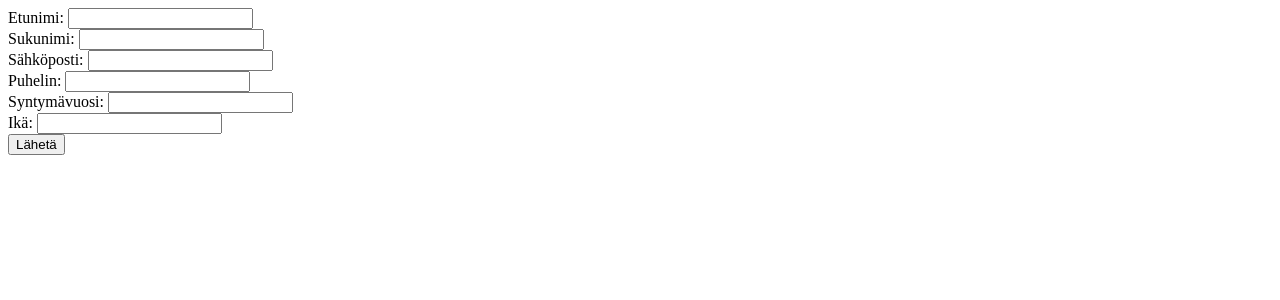
Repository: Zonkku/Valmistautuminen
Page: http://localhost/Kommunikaatio/Kysy.jsp
The author's editor kept a copy of each file at every save. The page is drawn from the files as they stood at one save, then again after the next save.
The browser window is 1280 px wide. The pictures show the whole page.
The page is served by Tomcat 9.

Above is the page before, as saved 2020-04-19 08:44:53.

### Kommunikaatio/WebContent/Kysy.jsp
<%@ page language="java" contentType="text/html; charset=ISO-8859-1"
    pageEncoding="ISO-8859-1"%>
<!DOCTYPE html>
<html>
<head>
<meta charset="ISO-8859-1">

<title>Kysytään henkilötiedot</title>
</head>
<body>


<form action="nayta.jsp" method="POST">
	Etunimi: <input type="text" name="etunimi"><br>
	Sukunimi: <input type="text" name="sukunimi"><br>
	Sähköposti: <input type="text" name="sposti"><br>
	Puhelin: <input type="text" name="puhelin"><br>
	Syntymävuosi: <input type="text" name="sVuosiStr"><br>
	Ikä: <input type="text" name="ika"><br>
	<input type="submit" value="Lähetä">
</form>


</body>
</html>

After the next save:
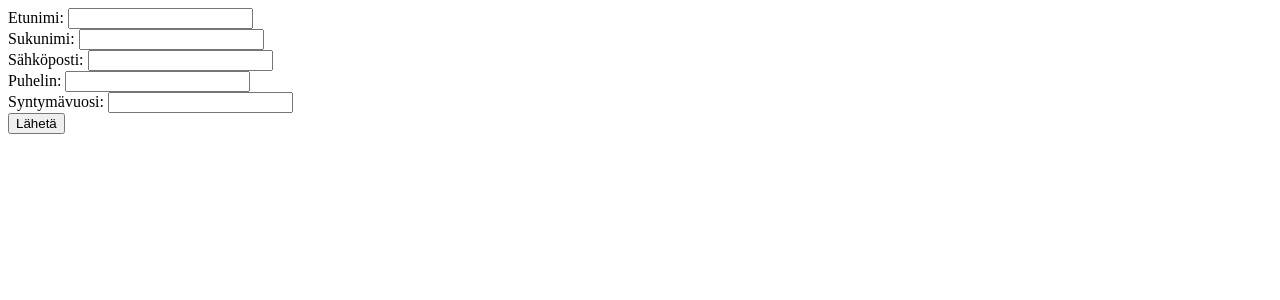
Saved 80 s later.
--- a/Kommunikaatio/WebContent/Kysy.jsp
+++ b/Kommunikaatio/WebContent/Kysy.jsp
@@ -16,7 +16,7 @@
 	Sähköposti: <input type="text" name="sposti"><br>
 	Puhelin: <input type="text" name="puhelin"><br>
 	Syntymävuosi: <input type="text" name="sVuosiStr"><br>
-	Ikä: <input type="text" name="ika"><br>
+
 	<input type="submit" value="Lähetä">
 </form>
 
